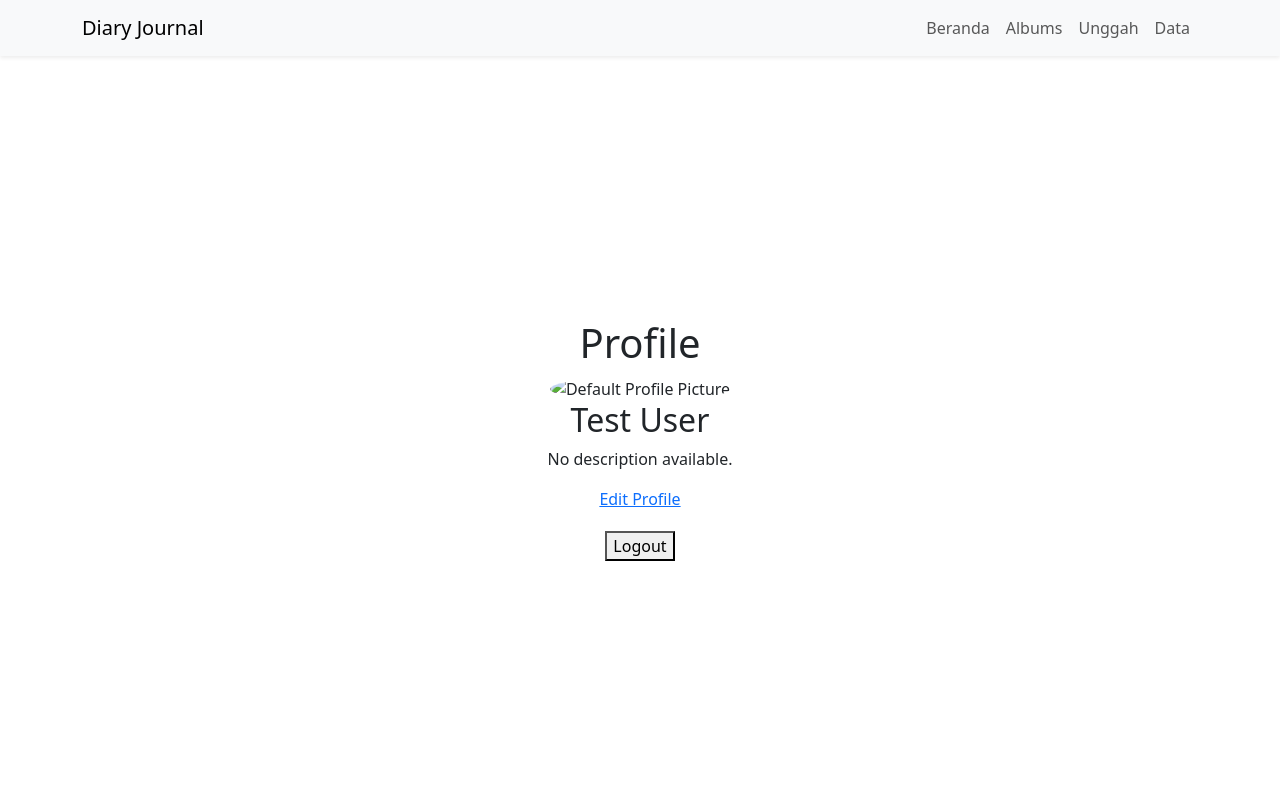
Repository: daffa-alif/team-kobar
Page: http://localhost/profile
An editor plug-in stored every save of this project. The page is shown before and after the next save, followed by the edit.
The browser window is 1280 px wide. The pictures show the whole page.
The page is served by the project's Laravel application, run on PHP 8.4 with Laravel 12. A made-up administrator, Test User (test@example.com), is signed in. Other server files are loaded and not shown.

Above is the page before, as saved 2024-11-21 07:52:11.

### routes/web.php
<?php
use Illuminate\Support\Facades\Route;
use Illuminate\Http\Request;
use Illuminate\Support\Facades\Auth;
use Illuminate\Validation\ValidationException;
use App\Http\Controllers\AuthController;
use App\Http\Controllers\JournalController;
use App\Http\Controllers\ProfileController;

Route::get('/welcome', function () {
    return view('welcome'); // or whatever view you want to return
})->name('welcome');

// Root route: Redirects to login if not authenticated, otherwise goes to welcome
Route::get('/', function () {
    return Auth::check() ? redirect('/welcome') : redirect()->route('login');
});

// Show the login form
Route::get('/login', [AuthController::class, 'showLoginForm'])->name('login');

// Handle the login process
Route::post('/login', [AuthController::class, 'login']);

// Show the registration form
Route::get('/register', [AuthController::class, 'showRegistrationForm'])->name('register');

// Handle the registration process
Route::post('/register', [AuthController::class, 'register']);

// Handle the logout process
Route::post('/logout', [AuthController::class, 'logout'])->name('logout');

// Protected route for welcome page, requires authentication
Route::get('/welcome', function () {
    return view('profile.edit');
})->middleware('auth');

// Show the profile edit form
Route::get('/profile/edit', function () {
    return view('auth.edit'); // Ensure you have a view named 'auth.edit'
})->middleware('auth')->name('profile.edit');

// Handle the profile update process
Route::put('/profile/update', [AuthController::class, 'update'])->middleware('auth')->name('profile.update');

// Journal routes (protected by authentication)
Route::get('/journal/index', [JournalController::class, 'index'])->middleware('auth')->name('journal.index');
Route::get('/journal/create', [JournalController::class, 'create'])->middleware('auth')->name('journal.create');
// Route untuk halaman edit jurnal
Route::get('/journal/{id}/edit', [JournalController::class, 'edit'])->name('journal.edit');
Route::put('/journal/{id}', [JournalController::class, 'update'])->name('journal.update');
Route::post('/journal/store', [JournalController::class, 'store'])->middleware('auth')->name('journal.store');
Route::get('/journal/{id}', [JournalController::class, 'show'])->name('journal.show');
Route::delete('/journal/{id}', [JournalController::class, 'destroy'])->name('journal.destroy');

Route::middleware('auth')->group(function () {
    // Define the route for viewing the profile page
    Route::get('/profile', [ProfileController::class, 'welcome'])->name('profile.welcome');
});

### app/Http/Controllers/ProfileController.php
<?php

// app/Http/Controllers/ProfileController.php

namespace App\Http\Controllers;

use Illuminate\Http\Request;

class ProfileController extends Controller
{
    /**
     * Show the profile page.
     */
    public function welcome()
    {
        return view('profile.welcome'); // Return the profile view
    }
}

### resources/views/profile/welcome.blade.php
@extends('layouts.app')

@section('content')
    <div style="display: flex; justify-content: center; align-items: center; height: 100vh;">
        <div style="text-align: center;">
            <h1>Profile</h1>
            <div class="profile-section">
                @if(Auth::user()->profile_picture)
                    <img src="{{ asset('storage/' . Auth::user()->profile_picture) }}" alt="Profile Picture" style="width: 100px; height: 100px; border-radius: 50%;">
                @else
                    <img src="{{ asset('images/default-profile.png') }}" alt="Default Profile Picture" style="width: 100px; height: 100px; border-radius: 50%;">
                @endif

                <h2>{{ Auth::user()->name }}</h2>

                <p>
                    {{ Auth::user()->description ? Auth::user()->description : 'No description available.' }}
                </p>

                <div>
                    <a href="{{ route('profile.edit') }}">Edit Profile</a>
                </div>

                <form action="{{ route('logout') }}" method="POST" style="margin-top: 20px;">
                    @csrf
                    <button type="submit">Logout</button>
                </form>
            </div>
        </div>
    </div>
@endsection

### resources/views/layouts/app.blade.php
<!DOCTYPE html>
<html lang="en">
<head>
    <title>Diary Journal</title>
    <link rel="stylesheet" href="{{ asset('assets/css/styles.css') }}">
    <link href="https://cdn.jsdelivr.net/npm/bootstrap@5.3.0/dist/css/bootstrap.min.css" rel="stylesheet">
    <script src="https://cdn.ckeditor.com/ckeditor5/38.0.0/classic/ckeditor.js"></script>
</head>
<body>
    <!-- Navigation Bar -->
    <nav class="navbar navbar-expand-lg navbar-light bg-light shadow-sm">
        <div class="container">
            <a class="navbar-brand" href="{{ route('journal.index') }}">Diary Journal</a>
            <button
                class="navbar-toggler"
                type="button"
                data-bs-toggle="collapse"
                data-bs-target="#navbarNav"
                aria-controls="navbarNav"
                aria-expanded="false"
                aria-label="Toggle navigation"
            >
                <span class="navbar-toggler-icon"></span>
            </button>
            <div class="collapse navbar-collapse" id="navbarNav">
                <ul class="navbar-nav ms-auto">
                    <li class="nav-item">
                        <a class="nav-link" href="{{ route('journal.index') }}">Beranda</a>
                    </li>
                    <li class="nav-item">
                        <a class="nav-link" href="#">Albums</a>
                    </li>
                    <li class="nav-item">
                        <a class="nav-link" href="{{ route('journal.create') }}">Unggah</a>
                    </li>
                    <li class="nav-item">
                        <a class="nav-link" href="{{ route('profile.welcome') }}">Data</a>
                    </li>
                </ul>
            </div>
        </div>
    </nav>

    <!-- Content Section -->
    <div class="container mt-4">
        @yield('content')
    </div>

    <!-- Bootstrap JS (required for collapsible menu) -->
    <script src="https://cdn.jsdelivr.net/npm/bootstrap@5.3.0/dist/js/bootstrap.bundle.min.js"></script>
</body>
</html>

### public/assets/css/styles.css
table {
    border-collapse: collapse;
    margin: 20px auto;
    width: 60%;
}

th, td {
    border: 1px solid #ddd;
    padding: 8px;
}

th {
    background-color: #f2f2f2;
}

.container {
    max-width: 800px;
}

.card {
    border: none;
    border-radius: 8px;
}

.card-body {
    padding: 2rem;
}

.card-title {
    font-weight: bold;
    color: #333;
}

.text-muted {
    font-size: 14px;
}

.card-text {
    font-size: 18px;
    line-height: 1.8;
    color: #555;
}

.btn-secondary {
    background-color: #6c757d;
    border-color: #6c757d;
    padding: 10px 20px;
    font-size: 16px;
    font-weight: 500;
}

Loaded but not shown: app/Models/User.php (common file); app/Http/Controllers/Controller.php (common file)

After the next save:
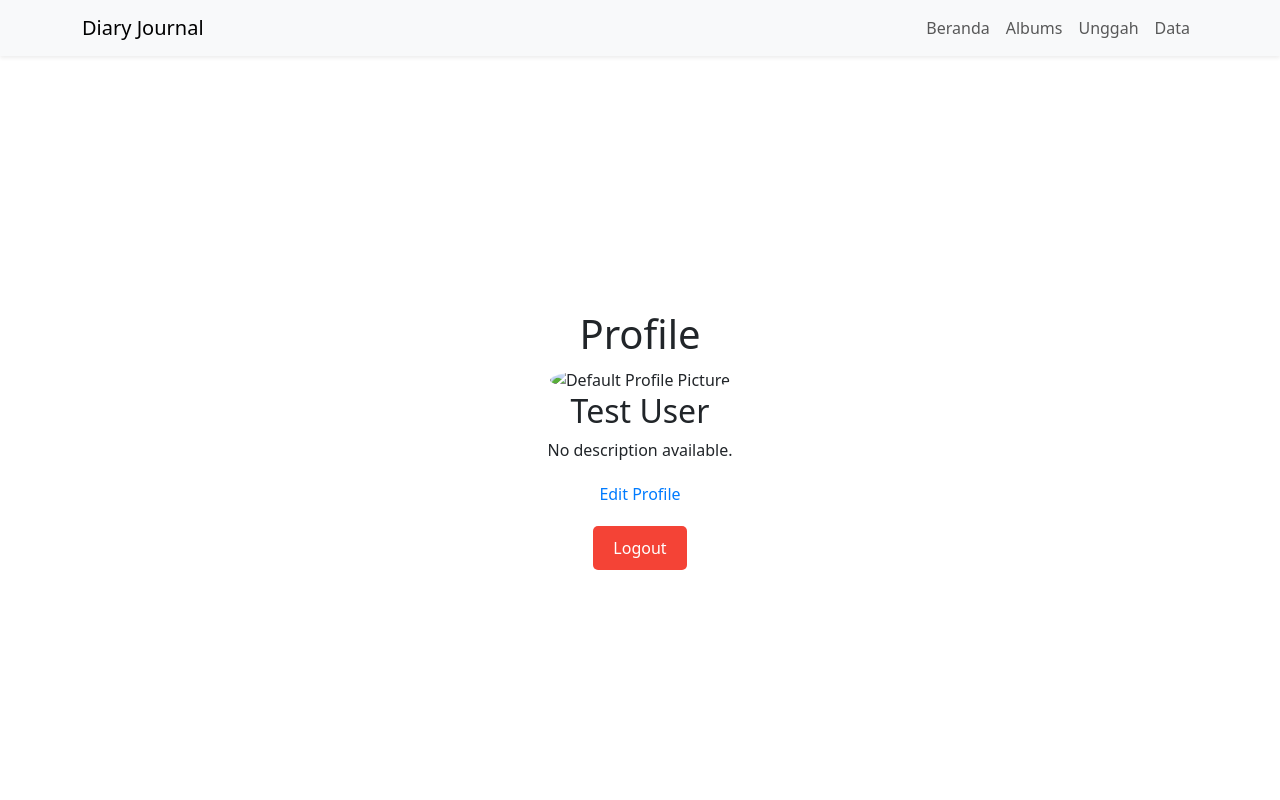
Saved 3 min 27 s later.
--- a/resources/views/profile/welcome.blade.php
+++ b/resources/views/profile/welcome.blade.php
@@ -6,9 +6,13 @@
             <h1>Profile</h1>
             <div class="profile-section">
                 @if(Auth::user()->profile_picture)
-                    <img src="{{ asset('storage/' . Auth::user()->profile_picture) }}" alt="Profile Picture" style="width: 100px; height: 100px; border-radius: 50%;">
+                    <img src="{{ asset('storage/' . Auth::user()->profile_picture) }}"
+                         alt="Profile Picture"
+                         style="width: 100px; height: 100px; border-radius: 50%; object-fit: cover;">
                 @else
-                    <img src="{{ asset('images/default-profile.png') }}" alt="Default Profile Picture" style="width: 100px; height: 100px; border-radius: 50%;">
+                    <img src="{{ asset('images/default-profile.png') }}"
+                         alt="Default Profile Picture"
+                         style="width: 100px; height: 100px; border-radius: 50%; object-fit: cover;">
                 @endif
 
                 <h2>{{ Auth::user()->name }}</h2>
@@ -17,13 +21,17 @@
                     {{ Auth::user()->description ? Auth::user()->description : 'No description available.' }}
                 </p>
 
-                <div>
-                    <a href="{{ route('profile.edit') }}">Edit Profile</a>
+                <div style="margin-top: 20px;">
+                    <a href="{{ route('profile.edit') }}"
+                       style="text-decoration: none; color: #007bff;">Edit Profile</a>
                 </div>
 
                 <form action="{{ route('logout') }}" method="POST" style="margin-top: 20px;">
                     @csrf
-                    <button type="submit">Logout</button>
+                    <button type="submit"
+                            style="background-color: #f44336; color: white; border: none; padding: 10px 20px; border-radius: 5px; cursor: pointer;">
+                        Logout
+                    </button>
                 </form>
             </div>
         </div>
